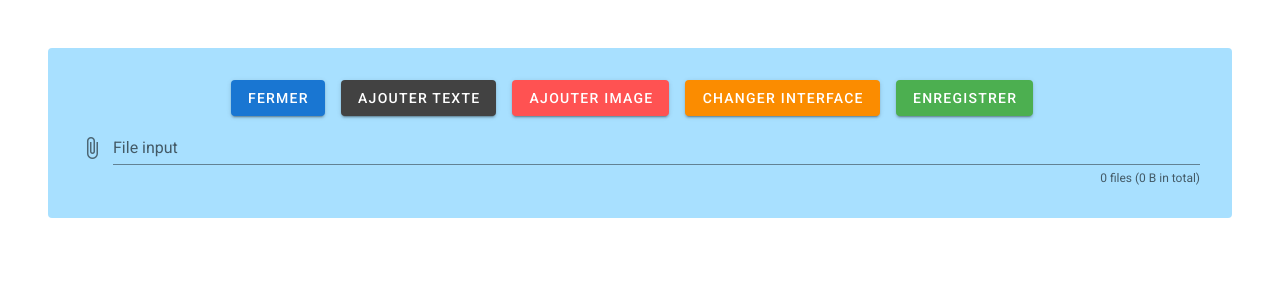
Repository: Hamagistral/BannerApp-Vue
Page: /#/dynamicPage
An editor plug-in stored every save of this project. The page is shown before and after the next save, followed by the edit.
The browser window is 1280 px wide. The pictures show the whole page.
The project was rebuilt for these pictures with package versions that can differ from the ones it lists, and the page was loaded fresh each time. Also part of the build but not shown: vue.config.js, src/components/WidgetText.vue, src/components/WidgetImage.vue, src/components/Home.vue.

Above is the page before, as saved 2023-02-07 01:40:00.

After the next save:
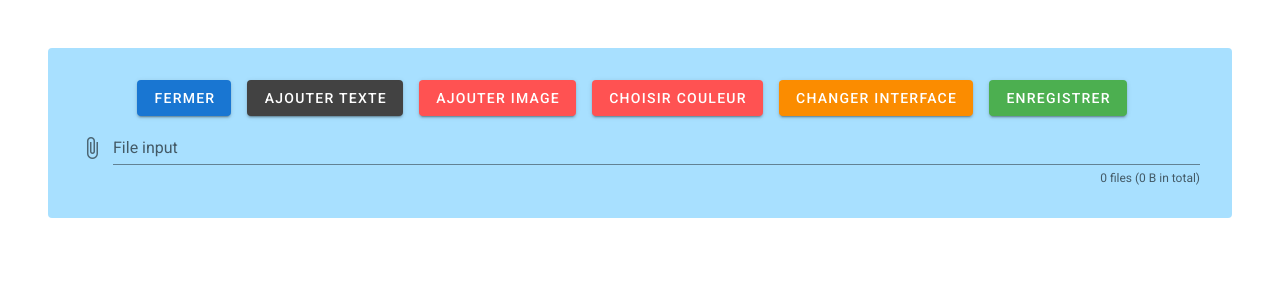
Saved 46 s later.
--- a/src/components/DynamicPage.vue
+++ b/src/components/DynamicPage.vue
@@ -12,6 +12,10 @@
 
         <v-btn color="error" class="mr-4" @click="addImage()">
           Ajouter Image
+        </v-btn>
+
+        <v-btn color="error" class="mr-4" @click="addImage()">
+          Choisir Couleur
         </v-btn>
 
         <v-btn color="warning" class="mr-4">
